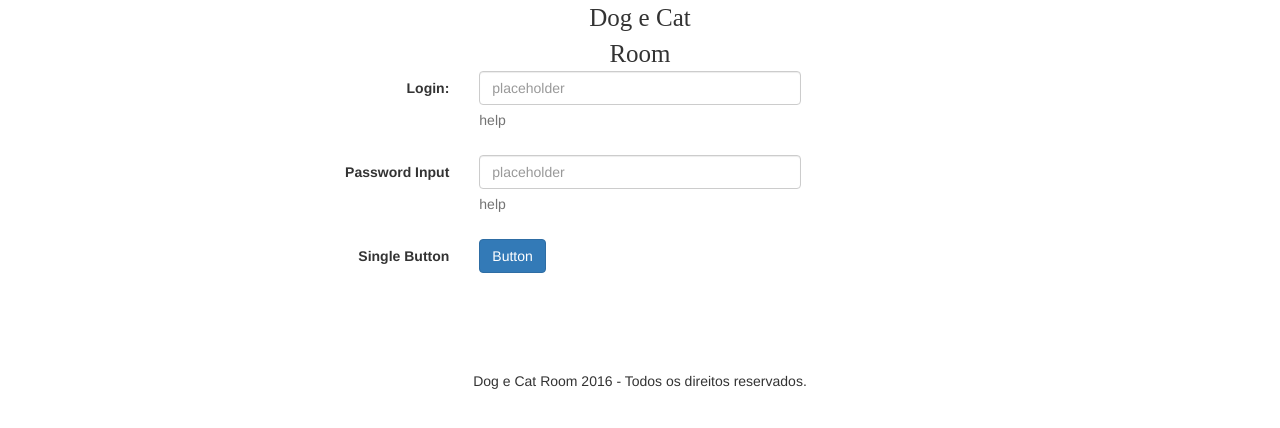
Repository: Natanzx/DogECatRoom
Page: http://localhost/DogECatRoom/login.jsp
An editor plug-in stored every save of this project. The page is shown before and after a run of saves, followed by the edit.
The browser window is 1280 px wide. The pictures show the whole page.
The page is served by Tomcat 9.

Above is the page before, as saved 2016-05-15 19:28:37.

After the next 2 saves:
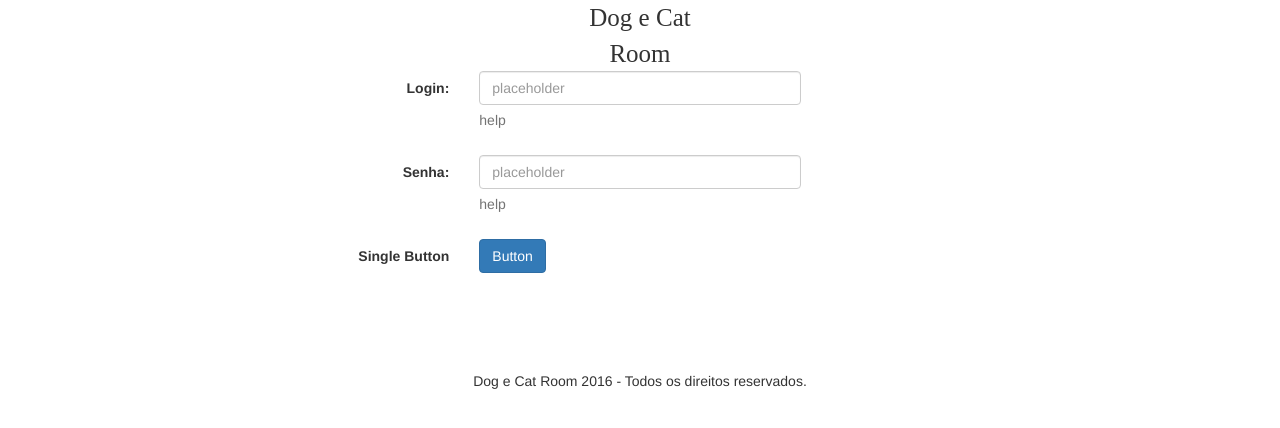
The 2 saves are shown as one change because they came seconds apart.
The last was saved 15 s later.
--- a/DogECatRoom/WebContent/login.jsp
+++ b/DogECatRoom/WebContent/login.jsp
@@ -36,8 +36,9 @@
 
 					<!-- Password -->
 					<div class="form-group">
-						<label class="col-md-4 control-label" for="passwordinput">Password
-							Input</label>
+						<label class="col-md-4 control-label" for="passwordinput">
+							Senha:
+						</label>
 						<div class="col-md-4">
 							<input id="passwordinput" name="passwordinput" type="password"
 								placeholder="placeholder" class="form-control input-md">
